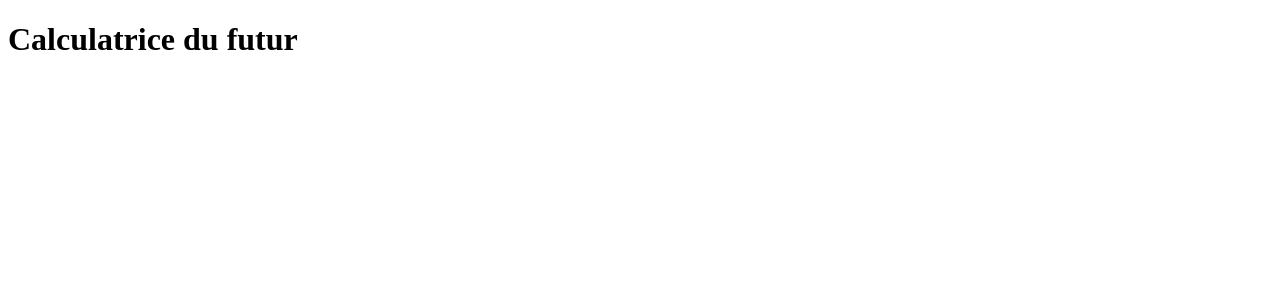
Repository: Kahefsay/javaEE
Page: http://localhost/RiquartDamian/
These files come from the project's save history. The page is drawn as it stood at one moment and after the next save; the edit follows.
The browser window is 1280 px wide. The pictures show the whole page.
The page is served by Tomcat 9.

Above is the page before, as saved 2018-01-31 10:28:33.

After the next save:
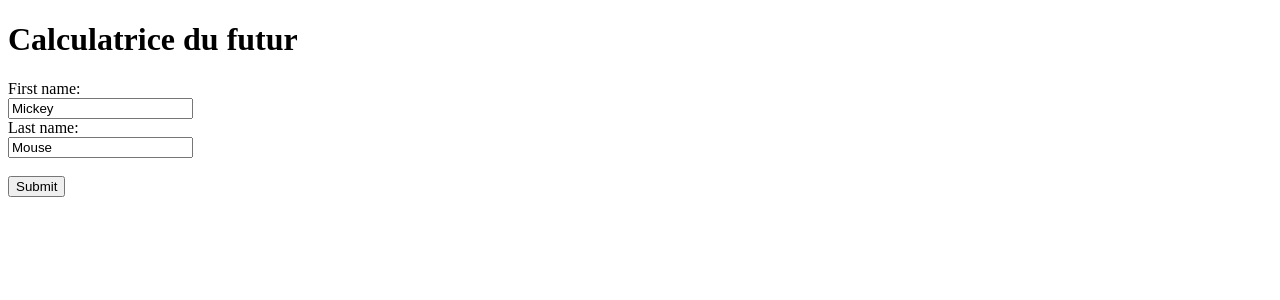
Saved 66 s later.
--- a/RiquartDamian/WebContent/index.jsp
+++ b/RiquartDamian/WebContent/index.jsp
@@ -10,5 +10,15 @@
 
 <h1>Calculatrice du futur</h1>
 
+<form action="/">
+  First name:<br>
+  <input type="text" name="firstname" value="Mickey">
+  <br>
+  Last name:<br>
+  <input type="text" name="lastname" value="Mouse">
+  <br><br>
+  <input type="submit" value="Submit">
+</form>
+
 </body>
 </html>
